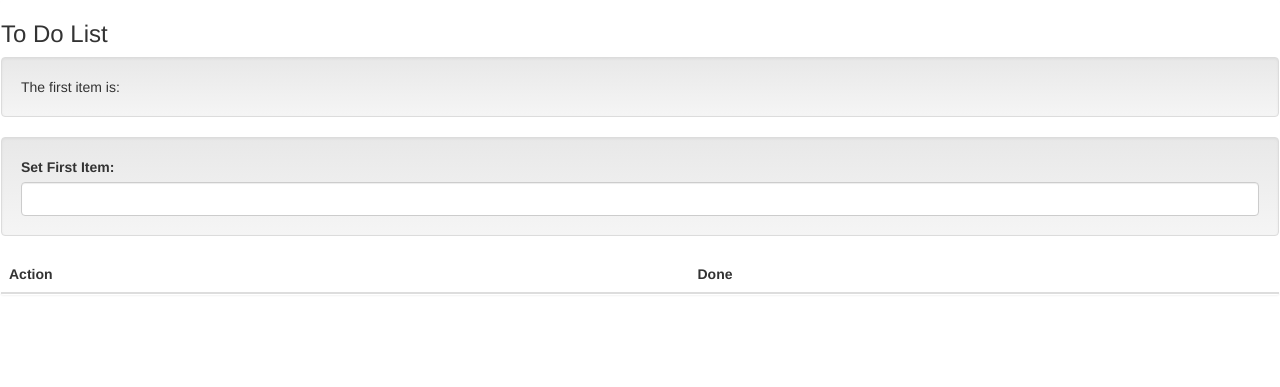
Repository: chisun-joung/workplace
Page: angularJS/WebContent/Chap10_Binding/P277_ngModel.html
These files come from the project's save history. The page is drawn as it stood at one moment and after the next save; the edit follows.
The browser window is 1280 px wide. The pictures show the whole page.
Some web libraries are served in a nearby version.

Above is the page before, as saved 2016-11-28 07:33:56.

After the next save:
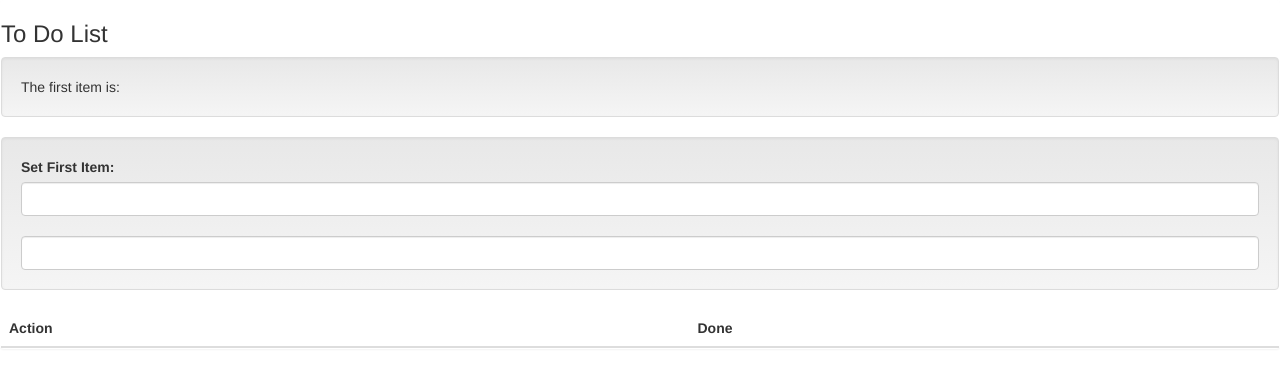
Saved 3 min 41 s later.
--- a/angularJS/WebContent/Chap10_Binding/P277_ngModel.html
+++ b/angularJS/WebContent/Chap10_Binding/P277_ngModel.html
@@ -32,7 +32,10 @@
 
 		<div class="form-group well">
 			<label for="firstItem">Set First Item: </label>
-			<input name="firstItem" class="form-control">
+			<!-- ng-model은 form 요소에서 구현 할 수 있다. 자신이 속한 콘트롤러에 묵시적으로 지정한 이름의 변수를 선언하고 값은 사용자가 입력한 값을 변수의 값으로 할당한다.
+			또한 양방향 바인딩도 지원한다.  -->
+			<input name="firstItem" class="form-control" ng-model="name"><br>
+			<input name="firstItem" class="form-control" ng-model="name">
 		</div>
 
 		<table class="table">
